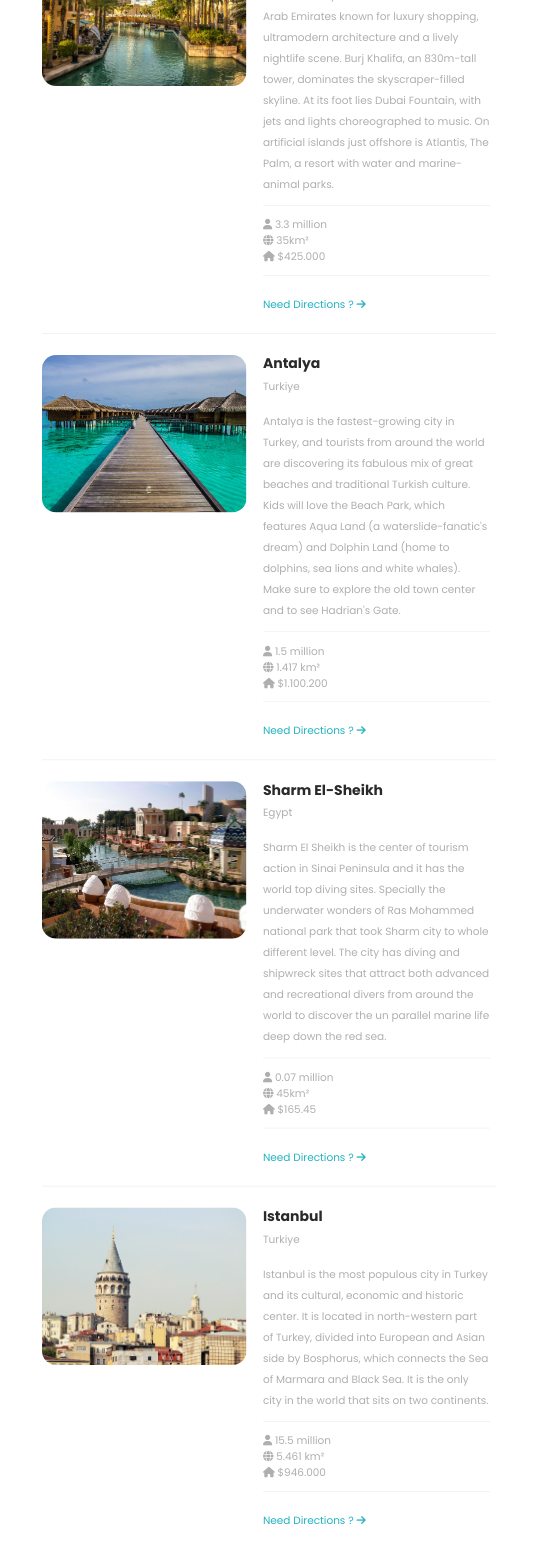
Repository: asadbekdev07/asadbekdev-zamontour-react
Page: /
These files come from the project's save history. The page is drawn as it stood at one moment and after the next save; the edit follows.
The browser window is 768 px wide. The pictures show the part of the page from y = 4260 to 6500 px (the page is 6543 px tall before and 6503 px after), at 70% of full size.
The project was rebuilt for these pictures with package versions that can differ from the ones it lists, and the page was loaded fresh each time. Also part of the build but not shown: vite.config.js.

Above is the page before, as saved 2024-05-26 20:27:56.

### index.html
<!doctype html>
<html lang="en">
  <head>
    <meta charset="UTF-8" />
    <link rel="icon" type="image/svg+xml" href="/vite.svg" />
    <meta name="viewport" content="width=device-width, initial-scale=1.0" />
    <title>Vite + React</title>
    <link rel="stylesheet" href="https://cdnjs.cloudflare.com/ajax/libs/font-awesome/6.5.2/css/all.min.css" integrity="sha512-SnH5WK+bZxgPHs44uWIX+LLJAJ9/2PkPKZ5QiAj6Ta86w+fsb2TkcmfRyVX3pBnMFcV7oQPJkl9QevSCWr3W6A==" crossorigin="anonymous" referrerpolicy="no-referrer" />

  </head>
  <body>
    <div id="root"></div>
    <script type="module" src="/src/main.jsx"></script>
  </body>
</html>

### src/main.jsx
import React from 'react'
import ReactDOM from 'react-dom/client'
import App from './assets/components/App'
import './assets/styles/index.css'
import './i18n'

ReactDOM.createRoot(document.getElementById('root')).render(
  <React.StrictMode>
    <App />
  </React.StrictMode>,
)

### src/assets/components/App.jsx
import Destination from "./Destination"
import Offers from "./Offers"
import SiteHeader from "./Site-header"
import SliderHero from "./Slider-hero"
import Visa from "./Visa"
import Visit from "./Visit"

function App() {

  return (
    <>
      <SiteHeader />
      <SliderHero />
      <Offers />
      <Visa />
      <Destination />
      <Visit />
    </>
  )
}

export default App

### src/assets/styles/index.css
/* CUSTOM PROPS */
:root {
  --primary-color: #22b3c1;
  --primary-bg-color: #ffffff;
  --border-color: #eeeeee;
  --secondary-text-color: #2a2a2a;
  --grayish-text-color: #afafaf;
  --form-border-color: #e0e0e0;
}

/* FONT-FACE  */
@font-face {
  font-family: "Poppins";
  src: url("../fonts/Poppins-Regular.woff2") format("woff2"), url("../fonts/Poppins-Regular.woff") format("woff");
  font-weight: normal;
  font-style: normal;
  font-display: swap;
}
@font-face {
  font-family: "Poppins";
  src: url("../fonts/Poppins-BoldItalic.woff2") format("woff2"), url("../fonts/Poppins-BoldItalic.woff") format("woff");
  font-weight: bold;
  font-style: italic;
  font-display: swap;
}
@font-face {
  font-family: "Poppins";
  src: url("../fonts/Poppins-SemiBold.woff2") format("woff2"), url("../fonts/Poppins-SemiBold.woff") format("woff");
  font-weight: 600;
  font-style: normal;
  font-display: swap;
}
@font-face {
  font-family: "Poppins";
  src: url("../fonts/Poppins-Medium.woff2") format("woff2"), url("../fonts/Poppins-Medium.woff") format("woff");
  font-weight: 500;
  font-style: normal;
  font-display: swap;
}
@font-face {
  font-family: "Poppins";
  src: url("../fonts/Poppins-Bold.woff2") format("woff2"), url("../fonts/Poppins-Bold.woff") format("woff");
  font-weight: bold;
  font-style: normal;
  font-display: swap;
}

/* GLOBAL  */
html {
  box-sizing: border-box;
  height: 100%;
  scroll-behavior: smooth;
}

*,
*::before,
*::after {
  box-sizing: inherit;
}

:focus {
  outline: 2px dotted var(--primary-color);
  outline-offset: 3px;
}

body {
  display: flex;
  flex-direction: column;
  height: 100%;
  padding: 0;
  margin: 0;
  font-weight: 400;
  font-family: "Poppins", "Arial", sans-serif;
  font-size: 15px;
  background-color: #ffffff;
  color: var(--grayish-text-color);
}

img {
  max-width: 100%;
  height: auto;
}

/* AUTOFILL-STYLES */
/*input:-webkit-autofill,
input:-webkit-autofill:hover,
input:-webkit-autofill:focus,
textarea:-webkit-autofill,
textarea:-webkit-autofill:hover,
textarea:-webkit-autofill:focus,
select:-webkit-autofill,
select:-webkit-autofill:hover,
select:-webkit-autofill:focus {
  border-color: transparent;
  -webkit-text-fill-color: inherit;
  -webkit-box-shadow: 0 0 0px 1000px #fff inset;
}*/


/* PLACEHOLDER-STYLES */
/*::-webkit-input-placeholder,
::-moz-placeholder,
:-ms-input-placeholder,
:-moz-placeholder {
  color: rgba(52, 49, 61, 0.5);
  opacity: 1;
}*/


/* VISUALLY-HIDDEN */
.visually-hidden {
  position: absolute;
  width: 1px;
  height: 1px;
  margin: -1px;
  border: 0;
  padding: 0;
  clip: rect(0 0 0 0);
  overflow: hidden;
}


/* CONTAINER  */
.container {
  width: 100%;
  max-width: 1200px;
  padding-left: 20px;
  padding-right: 20px;
  margin-left: auto;
  margin-right: auto;
}

/* MAIN-CONTENT  */
.main-content {
  flex-grow: 1;
}

/* BUTTON  */
.button {
  padding: 13px 30px;
  margin: 0;
  display: inline-block;
  border-radius: 25px;
  font-weight: 500;
  line-height: 21px;
  font-size: 14px;
  letter-spacing: 0.5px;
  transition: color 0.4s ease;
  text-transform: capitalize;
  border: 1px solid transparent;
  background-color: #22b3c1;
  color: #ffffff;
  overflow: hidden;
  text-decoration: none;
  cursor: pointer;
  white-space: nowrap;
  text-align: center;
}
.button:hover {
  opacity: 0.8;
}
.button:active {
  opacity: 0.6;
}

.button--arrow {
  color: #22b3c1;
  transition: all 0.5s ease;
  text-decoration: none;
}

.button--white {
  background-color: #ffffff;
  color: #22b3c1;
}
.button--white:hover {
  background-color: #22b3c1;
  color: #ffffff;
  opacity: 1;
}

.button--form {
  width: 100%;
  display: block;
}

.button--cta {
  border: 1px solid #e0e0e0;
}
.button--cta:hover {
  background-color: #ffffff;
  color: #22b3c1;
  opacity: 1;
}

/* SITE-HEADER  */
.site-header {
  position: relative;
  padding: 15px 20px;
  background-color: var(--primary-color);
}

.site-header :focus {
  outline: 2px dotted var(--primary-bg-color);
  outline-offset: 3px;
}

.site-header__container {
  display: flex;
  align-items: center;
  justify-content: space-between;
}

.site-header__sitenav {
  display: flex;
  align-items: center;
  justify-content: space-between;
}

.sitenav__list {
  padding: 0;
  margin: 0;
  list-style: none;
  display: flex;
  align-items: center;
}

.sitenav__item {
  margin-right: 30px;
}

.sitenav__link {
  text-decoration: none;
  color: var(--primary-bg-color);
  transition: color 0.4s ease;
}

.sitenav__link:hover {
  color: var(--secondary-text-color);
}

.sitenav__link:active {
  opacity: 0.6;
}

.lang {
  margin: 0;
  padding: 0;
  list-style: none;
  display: flex;
  align-items: center;
}

.lang__item {
  margin-right: 30px;
}

.lang__link {
  text-decoration: none;
  color: var(--primary-bg-color);
  transition: color 0.4s ease;
}

.lang__link:hover {
  color: var(--secondary-text-color);
}

.lang__link:active {
  opacity: 0.6;
}

.social {
  margin: 0;
  padding: 0;
  list-style: none;
  display: flex;
  align-items: center;
}

.social__item:not(:last-child) {
  margin-right: 30px;
}

.social__link {
  display: block;
  text-decoration: none;
}

.social__icon {
  display: block;
  color: var(--primary-bg-color);
}

.fa-telegram {
  transition: color 0.4s ease;
}

.fa-instagram {
  transition: color 0.4s ease;
}

.fa-telegram:hover {
  color: var(--secondary-text-color)
}

.fa-instagram:hover {
  color: var(--secondary-text-color)
}

.site-header__toggler {
  display: none;
  width: 24px;
  height: 22px;
  border: 0;
  background-color: transparent;
  padding: 0;
  margin: 0;
  color: var(--primary-bg-color);
}

/* SLIDER-HERO  */
.slider {
  background-position: center;
  background-repeat: no-repeat;
  background-size: cover;
}

.slider__container {
  width: 90%;
  padding-top: 90px;
  padding-bottom: 90px;
  display: flex;
  flex-direction: column;
  align-items: center;
}

.slider__top {
  padding-top: 50px;
  width: 100%;
  text-align: center;
}

.slider__top-heading {
  margin-top: 0;
  margin-bottom: 20px;
  font-weight: 500;
  font-size: 20px;
  color: var(--primary-bg-color);
}

.slider__top-city {
  margin-top: 0;
  margin-bottom: 30px;
  font-weight: 700;
  font-size: 50px;
  color: var(--primary-bg-color);
}

.slider__bottom {
  width: 100%;
}

.list {
  padding: 0;
  margin: 0;
  list-style: none;
  padding: 30px 60px;
  margin-top: 40px;
  display: flex;
  align-items: center;
  justify-content: space-between;
  border-radius: 60px;
  background-color: var(--primary-bg-color);
}

.list__item-inner {
  display: flex;
  align-items: center;
}
.list__item-inner .fa {
  display: flex;
  align-items: center;
  justify-content: center;
  margin-right: 20px;
  width: 60px;
  height: 60px;
  border-radius: 50%;
  line-height: 50px;
  font-size: 25px;
  text-align: center;
  border: 1px solid var(--primary-color);
  color: var(--primary-color);
}

.list__subheading {
  margin: 0;
  font-weight: 700;
  font-size: 20px;
  line-height: 28px;
  color: var(--primary-color);
}
.list__subheading span {
  font-weight: 400;
  font-size: 15px;
  color: var(--grayish-text-color);
}

.lang__link.selected {
  font-weight: bold;
  color: var(--primary-color);
  text-decoration: underline;
}

/* OFFERS  */
.offers,
.visa {
  position: relative;
  padding-top: 80px;
  padding-bottom: 80px;
}

.offers__content,
.visa__content {
  width: 70%;
  margin-left: 15%;
  margin-right: 15%;
  margin-bottom: 50px;
  text-align: center;
}

.offers__title,
.visa__title {
  margin-top: 0;
  margin-bottom: 20px;
  font-weight: 700;
  font-size: 30px;
  line-height: 36px;
  text-transform: capitalize;
  color: var(--secondary-text-color);
}

.offers__description,
.visa__description {
  line-height: 30px;
}

.offers__card,
.visa__card {
  width: 350px;
  height: 420px;
  border-radius: 8px;
  display: flex;
  cursor: pointer;
  align-items: center;
  justify-content: center;
  flex-direction: column;
  position: relative;
}

.offers__img,
.visa__img {
  height: 300px;
  padding-right: 150px;
  padding-bottom: 120px;
  border-top-left-radius: 23px;
  border-bottom-left-radius: 23px;
}


.visa__img {
  width: 50%;
  object-fit: cover;
}

.inner {
  position: absolute;
  right: 1%;
  display: flex;
  flex-direction: column;
  justify-content: center;
  position: absolute;
  z-index: 10000;
  width: 250px;
  padding: 25px;
  border-radius: 23px;
  box-shadow: 0px 0px 15px rgba(0, 0, 0, 0.15);
  background-color: var(--primary-bg-color);
}

.inner__top {
  display: flex;
  align-items: center;
  justify-content: space-between;
  padding-bottom: 10px;
  position: relative;
  margin-bottom: 15px;
  border-bottom: 1px solid #eee;
}

.inner__top h4 {
  font-size: 20px;
  line-height: 24px;
  color: var(--secondary-text-color);
  margin: 0;
}

.inner__top h6 {
  margin: 0;
  font-weight: 700;
  font-size: 20px;
  line-height: 24px;
  color: var(--primary-color);
}
.inner__top span {
  font-weight: 400;
  font-size: 15px;
  line-height: 18px;
}

.inner__list {
  margin: 0;
  padding: 0;
  list-style: none;
  margin-bottom: 10px;
}

.inner__list li:not(:last-child) {
  margin-bottom: 10px;
}

.inner__list li:not(:first-child) {
  font-size: 14px;
  line-height: 21px;
  color: var(--grayish-text-color);
}

.inner__list-title {
  font-weight: 600;
  font-size: 14px;
  line-height: 20px;
  color: var(--secondary-text-color);
}

.swiper-buttons {
  display: flex;
  justify-content: center;
  position: absolute;
  left: 42%;
  bottom: 10%; /* Adjust as needed */
  width: 15%;
}

.swiper-button-next,
.swiper-button-prev {
  width: 46px;
  height: 46px;
  border-radius: 50%;
  border: 1.5px solid var(--primary-color);
  background-color: var(--primary-bg-color);
  color: var(--primary-color);
  text-align: center;
  line-height: 44px;
  cursor: pointer;
  box-shadow: 0 3px 6px rgba(0, 0, 0, 0.23);
  margin: 0 15px;
  font-size: 20px;
}

.swiper-button-next:hover,
.swiper-button-prev:hover {
  background-color: var(--primary-color);
  color: var(--primary-bg-color);
}

.swiper-button-next::after,
.swiper-button-prev::after {
  font-size: 20px; /* Custom size for the arrow icons */
}

/* DESTINATION  */
.destination {
  border-top: 1px solid var(--form-border-color);
  border-bottom: 1px solid var(--form-border-color);
  padding: 40px;
}

.destination__top,
.visit__content {
  width: 100%;
  max-width: 450px;
  margin-bottom: 65px;
}

.destination__top-heading,
.visit__heading {
  margin: 0;
  margin-bottom: 20px;
  font-weight: 700;
  font-size: 30px;
  line-height: 36px;
  color: #2a2a2a;
}

.destination__top-description,
.visit__description {
  margin: 0;
  line-height: 30px;
}

.destination__list,
.visit__list {
  padding: 0;
  margin: 0;
  list-style: none;
}

.destination__item {
  display: flex;
}
.destination__item:not(:last-child) {
  padding-bottom: 30px;
  margin-bottom: 30px;
  border-bottom: 1px solid #eeeeee;
}

.destination__img {
  margin-right: 24px;
  border-radius: 20px;
}

.destination__inner {
  width: 75%;
  position: relative;
}

.destination__inner-heading,
.visit__inner-heading {
  margin: 0;
  margin-bottom: 6px;
  font-weight: 700;
  font-size: 20px;
  line-height: 24px;
  color: #2a2a2a;
}

.destination__inner-span {
  line-height: 30px;
}

.button__wrapper {
  position: absolute;
  top: 0;
  right: 0;
}

.destination__inner-description {
  margin: 0;
  margin-top: 20px;
  line-height: 30px;
}

.destination__responsive-button {
  display: none;
}

/* VISIT  */
.visit {
  padding: 40px;
}

.visit__item {
  display: flex;
  padding-bottom: 30px;
  margin-bottom: 30px;
}
.visit__item:not(:last-child) {
  border-bottom: 1px solid #eeeeee;
}

.visit__img {
  margin-right: 24px;
  width: 340px;
  height: auto;
  object-fit: cover;
  border-radius: 20px;
  overflow: hidden;
}

.visit__inner {
  width: 50%;
  position: relative;
}

.visit__inner-span {
  line-height: 30px;
}
.visit__inner-description {
  margin: 0;
  margin-top: 20px;
  margin-bottom: 15px;
  line-height: 30px;
}

.visit__info {
  padding: 0;
  margin: 0;
  list-style: none;
  display: flex;
  align-items: center;
  justify-content: space-between;
  margin-bottom: 29px;
  padding: 15px 0;
  border-top: 1px solid #eeeeee;
  border-bottom: 1px solid #eeeeee;
}

@media only screen and (min-width: 1000px) and (max-width: 1200px) {
  .offers__card {
    width: 30%;
  }

  .offers__img {
    height: 300px;
    padding-right: 85px;
    padding-bottom: 120px;
  }

  .inner {
    width: 210px;
    padding: 21px;
  }
}
@media only screen and (max-width: 1000px) {
  .offers__card {
    width: 45%;
  }

  .offers__img {
    height: 300px;
    padding-right: 60px;
    padding-bottom: 120px;
  }

  .inner {
    width: 225px;
    padding: 25px;
  }

  .swiper-buttons {
    left: 45%;
  }

  .swiper-button-next,
  .swiper-button-prev {
    margin: 0 0;
  }
}

@media only screen and (max-width: 1000px) {
  .destination {
    padding-left: 0;
    padding-right: 0;
  }
  .destination__img {
    width: 90%;
    margin-right: 0;
    margin-bottom: 20px;
  }
  .destination__inner {
    width: 90%;
  }
  .destination__item {
    display: flex;
    flex-direction: column;
    align-items: center;
  }
}

@media only screen and (max-width: 900px) {
  .site-header__sitenav {
    display: none;
  }

  .site-header__toggler {
    display: block;
  }

  .site-header.is-open .site-header__sitenav {
    z-index: 1000;
    width: 90%;
    display: flex;
    flex-direction: column;
    position: absolute;
    top: 90%;
    left: 5%;
    right: 5%;
    background-color: var(--primary-bg-color);
  }

  .site-header.is-open .sitenav {
    width: 100%;
  }

  .site-header.is-open .sitenav__list,
  .site-header.is-open .social,
  .site-header.is-open .lang {
    display: flex;
    flex-direction: column;
    width: 100%;
  }

  .site-header.is-open .sitenav__item,
  .site-header.is-open .lang__item,
  .site-header.is-open .social__item {
    width: 100%;
    margin: 0;
    padding-top: 8px;
    padding-bottom: 8px;
    border-bottom: 1px solid var(--form-border-color);
    text-align: center;
  }

  .site-header.is-open .sitenav__link,
  .site-header.is-open .lang__link,
  .site-header.is-open .social__link,
  .site-header.is-open .social__icon {
    color: var(--secondary-text-color);
  }

  .site-header.is-open .lang__link:hover,
  .site-header.is-open .social__link:hover,
  .site-header.is-open .social__icon:hover {
    color: var(--primary-color);
  }
  /* LIST */
  .list__subheading {
    font-size: 15px;
    line-height: 18px;
  }
  .list__subheading span {
    font-size: 12px;
  }
  .list__item-inner .fa {
    margin-right: 15px;
    width: 50px;
    height: 50px;
    border-radius: 50%;
    line-height: 40px;
    font-size: 20px;
  }
}

@media only screen and (max-width: 850px) {
  .button__wrapper--visit {
    display: none;
  }
}

@media only screen and (max-width: 800px) {
  .button {
    padding: 10px 20px;
    border-radius: 20px;
    font-weight: 400;
    line-height: 15px;
    font-size: 13px;
    letter-spacing: 0.5px;
  }
  /* SLIDER  */
  .slider__top-heading {
    margin-bottom: 18px;
    font-weight: 500;
    font-size: 16px;
  }
  .slider__top-city {
    margin-top: 0;
    margin-bottom: 25px;
    font-weight: 700;
    font-size: 40px;
  }

  .swiper-button-next,
  .swiper-button-prev {
    margin: 0 -8px;
  }
  .visit__img {
    width: 45%;
    height: 225px;
  }
  .visit__info {
    flex-direction: column;
    align-items: flex-start;
  }
}

@media only screen and (min-width: 500px) and (max-width: 700px) {
  .offers__img,
  .visa__img {
    padding-right: 120px;
  }
  .inner {
    width: 275px;
    margin-right: 30px;
  }
}

@media only screen and (max-width: 700px) {
  .list {
    padding: 20px 40px;
    margin-top: 30px;
    border-radius: 50px;
  }
  .list__item-inner .fa {
    margin-right: 12px;
    width: 35px;
    height: 35px;
    border-radius: 50%;
    line-height: 25px;
    font-size: 15px;
  }
  .list__subheading {
    font-size: 13px;
    line-height: 15px;
  }
  .list__subheading span {
    font-size: 10px;
  }
  .offers__content {
    width: 90%;
    margin-left: 5px;
    margin-right: 5px;
  }
  .offers__title,
  .visa__title {
    font-size: 25px;
  }
  .offers__description,
  .visa__description {
    line-height: 25px;
  }
  .offers__img {
    width: 300px;
  }
  .swiper-button-next,
  .swiper-button-prev {
    margin: 0 -12px;
  }
  .visit {
    padding-left: 0;
    padding-right: 0;
  }
}

@media only screen and (max-width: 600px) {
  .button {
    padding: 8px 18px;
    border-radius: 18px;
    font-weight: 400;
    line-height: 10px;
    font-size: 10px;
    letter-spacing: 0.5px;
  }
  /* SLIDER  */
  .slider {
    padding-top: 0;
    padding-bottom: 0;
  }
  .slider__top {
    padding-top: 20px;
  }
  .slider__top-heading {
    margin-bottom: 14px;
    font-weight: 500;
    font-size: 12px;
  }
  .slider__top-city {
    margin-top: 0;
    margin-bottom: 20px;
    font-weight: 700;
    font-size: 30px;
  }
  /* LIST  */
  .list__item-inner .fa {
    margin-right: 10px;
    width: 30px;
    height: 30px;
    border-radius: 50%;
    line-height: 20px;
    font-size: 12px;
  }
  .list__subheading {
    font-size: 10px;
    line-height: 12px;
  }
  .list__subheading span {
    font-size: 8px;
  }
  .swiper-button-next,
  .swiper-button-prev {
    margin: 0 -20px;
  }
  .destination__button {
    display: none;
  }
  .destination__inner-description {
    margin-bottom: 15px;
  }
  .destination__responsive-button {
    display: block;
  }
  .visit__item {
    flex-direction: column;
    padding-bottom: 15px;
  }
  .visit__img {
    width: 100%;
    margin-right: 0;
    margin-bottom: 20px;
  }
  .visit__inner {
    width: 100%;
  }
  .visit__inner-description {
    width: 100%;
    margin-top: 10px;
  }
  .visit__info {
    margin-bottom: 15px;
  }
}

@media only screen and (max-width: 500px) {
  .button {
    padding: 6px 12px;
    border-radius: 15px;
    font-weight: 400;
    line-height: 1;
    font-size: 7px;
    letter-spacing: 0.5px;
  }
  /* SLIDER  */

  .slider__container {
    padding-top: 50px;
    padding-bottom: 50px;
  }
  /* LIST  */
  .list {
    padding: 15px 22px;
    margin-top: 25px;
    border-radius: 40px;
  }
  .list__item-inner .fa {
    margin-right: 5px;
    width: 20px;
    height: 20px;
    border-radius: 50%;
    line-height: 10px;
    font-size: 8px;
  }
  .list__subheading {
    font-size: 7px;
    line-height: 1;
  }
  .list__subheading span {
    font-size: 5px;
  }
  .offers__img {
    width: 230px;
  }
  .swiper-button-next,
  .swiper-button-prev {
    margin: 0 -35px;
  }
  .destination {
    padding-top: 60px;
  }

  .destination__top-heading,
  .visit__heading {
    font-size: 25px;
    line-height: 30px;
    margin-bottom: 15px;
  }
  .visit__content {
    margin-bottom: 40px;
  }
}

@media
only screen and (-webkit-min-device-pixel-ratio: 2),
only screen and (   min--moz-device-pixel-ratio: 2),
only screen and (     -o-min-device-pixel-ratio: 2/1),
only screen and (        min-device-pixel-ratio: 2),
only screen and (                min-resolution: 192dpi),
only screen and (                min-resolution: 2dppx) {

}

### src/i18n.jsx
import i18n from 'i18next';
import { initReactI18next } from 'react-i18next';
import Backend from 'i18next-http-backend';
import laungageDetector from 'i18next-browser-languagedetector';
import enLang from '../public/locales/en.json'
import uzLang from '../public/locales/uz.json'
import ruLang from '../public/locales/ru.json'

i18n
.use(Backend)
.use(laungageDetector)
.use(initReactI18next)
.init({
  fallbackLng: 'en',
  lng: 'en',
  debug: true,
  resources: {
    en:{translation: enLang},
    uz:{translation: uzLang},
    ru:{translation: ruLang}
  }
})

export default i18n;

### src/assets/components/Destination.jsx
import afrasiab from "/img/afr.jpg";
import airplane from "/img/airplane.jpg";

const destinationData = [
  { img: afrasiab, heading: "Cheap Railway Tickets With Us", subheading: "Whole World", text: "Embark on a railway adventure and explore destinations worldwide. Whether it's the picturesque landscapes, bustling cities, or cultural gems, our rail services offer a unique and comfortable way to traverse the globe. Immerse yourself in the beauty of different cultures, all accessible through our extensive railway network. ." },
  { img: airplane, heading: "Cheap Railway Tickets With Us", subheading: "Global Destinations", text: "Embark on an airborne adventure and explore destinations worldwide. Whether it's the breathtaking landscapes, vibrant cities, or cultural treasures, our airline services provide a convenient and exhilarating way to navigate the globe. Immerse yourself in the richness of diverse cultures, all easily accessible through our extensive air travel network.." },
]

const Destination = () => {
  return (
    <section className="destination">
      <div className="container">
        <div className="destination__top">
          <h2 className="destination__top-heading">Explore Destinations With Ease</h2>
          <p className="destination__top-text">Find the best deals on railway and airplane tickets in each city, carefully selected for you.</p>
        </div>

        <ul className="destination__list">
          {destinationData.map((destination, index) =>(
            <li key={index} className="destination__item">
            <img className="destination__img" src={destination.img} alt="Airplane img" width={340} height={228}/>
            <div className="destination__inner">
              <h3 className="destination__inner-heading">{destination.heading}</h3>
              <span className="destination__inner-span">{destination.subheading}</span>
              <div className="button__wrapper">
                <a className="button destination__button" href="#contact">Explore More</a>
              </div>
              <p className="destination__inner-description">{destination.text}</p>
              <a className="button destination__responsive-button" href="#contact">Explore More</a>
            </div>
          </li>
          ))}
        </ul>
      </div>
    </section>
  )
}

export default Destination

Loaded but not shown: public/locales/uz.json (12 lines, source omitted); public/locales/en.json (12 lines, source omitted); public/locales/ru.json (12 lines, source omitted); src/assets/components/Visit.jsx (52 lines, source omitted); src/assets/components/Site-header.jsx (106 lines, source omitted); src/assets/components/Offers.jsx (86 lines, source omitted); src/assets/components/Visa.jsx (86 lines, source omitted); src/assets/components/Slider-hero.jsx (113 lines, source omitted)

After the next save:
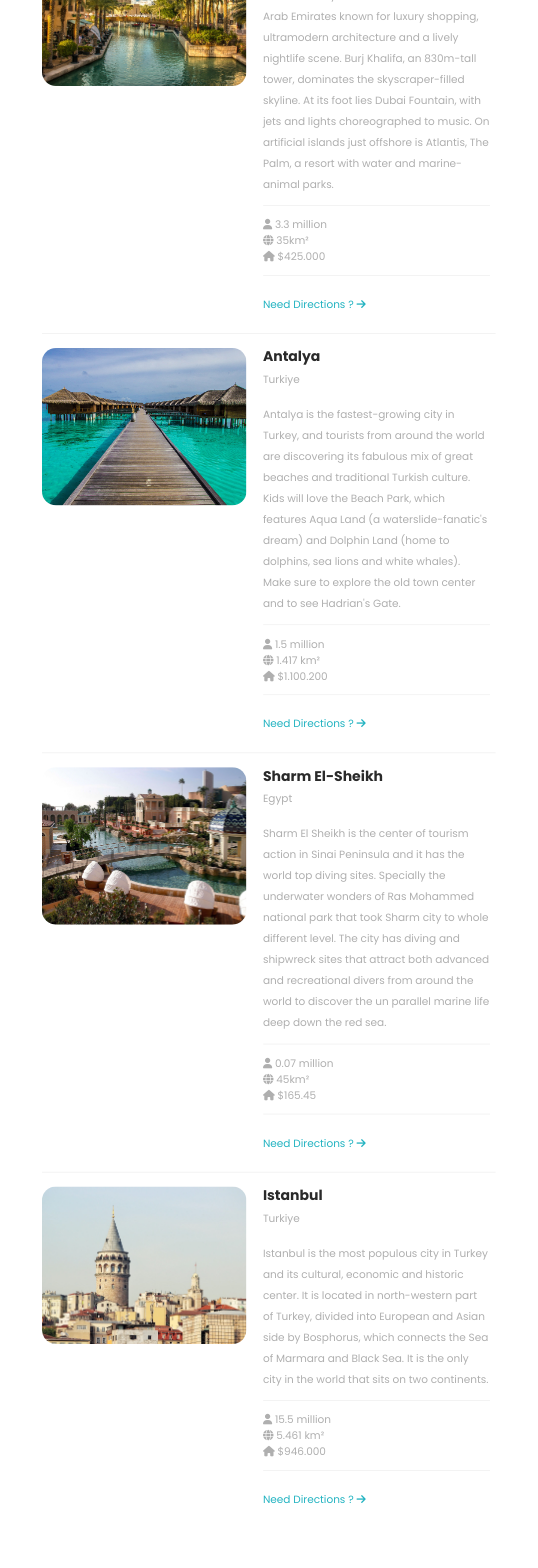
Saved 5 min 17 s later.
--- a/src/assets/styles/index.css
+++ b/src/assets/styles/index.css
@@ -882,6 +882,9 @@ select:-webkit-autofill:focus {
   .swiper-button-prev {
     margin: 0 -8px;
   }
+  .visit__item {
+    margin-bottom: 20px;
+  }
   .visit__img {
     width: 45%;
     height: 225px;
